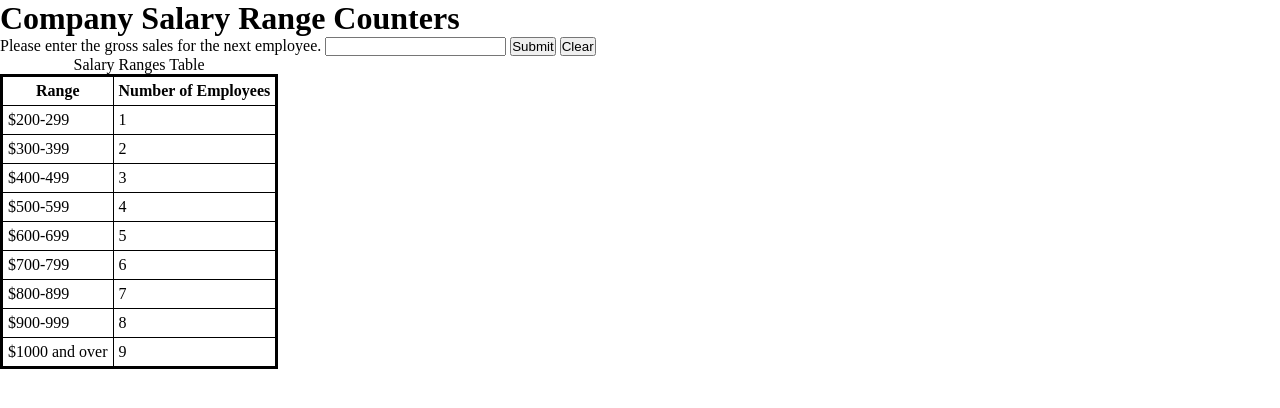
Repository: mlmEFSC21/P17-Sales-Commision
Page: sales.html
The author's editor kept a copy of each file at every save. The page is drawn from the files as they stood at one save, then again after the next save.
The browser window is 1280 px wide. The pictures show the whole page.

Above is the page before, as saved 2022-04-01 19:04:47.

### sales.html
<!DOCTYPE html>
<html lang="en">
    <head>
        <meta charset="UTF-8" />
        <meta http-equiv="X-UA-Compatible" content="IE=edge" />
        <meta name="viewport" content="width=device-width, initial-scale=1.0" />
        <link rel="stylesheet" href="sales.css" />
        <script src="sales.js" defer></script>
        <title>Company Salary Range Counters</title>
    </head>
    <body>
        <header class="mainHeader">
            <h1>Company Salary Range Counters</h1>
        </header>
        <section>
            <div class="formContainer" id="formContainer">
                <form class="salaryForm" id="salaryForm">
                    <label for="grossSales"
                        >Please enter the gross sales for the next employee.</label
                    >
                    <input
                        type="text"
                        name="grossSales"
                        class="grossSales"
                        id="grossSales"
                        required
                    />
                    <button type="submit" class="submit-btn" id="submit-btn">Submit</button>
                    <button type="reset" class="clear-btn">Clear</button>
                </form>
            </div>
            <div class="tableContainer" id="tableContainer">
                <table>
                    <caption>
                        Salary Ranges Table
                    </caption>
                    <thead>
                        <tr>
                            <th>Range</th>
                            <th>Number of Employees</th>
                        </tr>
                    </thead>
                    <tbody>
                        <tr>
                            <td>$200-299</td>
                            <td>1</td>
                        </tr>
                        <tr>
                            <td>$300-399</td>
                            <td>2</td>
                        </tr>
                        <tr>
                            <td>$400-499</td>
                            <td>3</td>
                        </tr>
                        <tr>
                            <td>$500-599</td>
                            <td>4</td>
                        </tr>
                        <tr>
                            <td>$600-699</td>
                            <td>5</td>
                        </tr>
                        <tr>
                            <td>$700-799</td>
                            <td>6</td>
                        </tr>
                        <tr>
                            <td>$800-899</td>
                            <td>7</td>
                        </tr>
                        <tr>
                            <td>$900-999</td>
                            <td>8</td>
                        </tr>
                        <tr>
                            <td>$1000 and over</td>
                            <td>9</td>
                        </tr>
                    </tbody>
                    <tfoot></tfoot>
                </table>
            </div>
        </section>
    </body>
</html>

### sales.css
*,
*::after,
*::before {
    box-sizing: border-box;
    margin: 0;
    padding: 0;
}
table {
    border-collapse: collapse;
    border: 3px solid black;
}
th,
tr,
td {
    border: 1px solid black;
    margin: 5px;
    padding: 5px;
}

### sales.js
//  base salary = $200 + commission
// commission = gross sales * 9%
// range floor / 100 - 2 = index 0 - 8
// test: x1 = Math.floor(218 / 100) - 2;
// works for all ranges below the last. Just check for >1000 first.
const baseSalary = 200;
let commissionAmount;
let totalSalary;
let employeeNum = 1;
let salaryRanges = [0, 0, 0, 0, 0, 0, 0, 0, 0];
let weeklyGrossSales = [];

const form = document.querySelector("#salaryForm");
const salesInput = document.querySelector("#grossSales");
form.addEventListener("submit", getWeeklySales);

calcCommission();
calcTotalWeeklySalary(commissionAmount);
calcSalaryRange(totalSalary);

function getWeeklySales(e) {
    e.preventDefault();
    weeklyGrossSales.push(salesInput.value);
}
function calcCommission() {
    commissionAmount = weeklyGrossSales[employeeNum] * 0.09;
}
function calcTotalWeeklySalary(commissionAmount) {
    totalSalary = baseSalary + commissionAmount;
}
function calcSalaryRange(totalSalary) {
    if (totalSalary >= 1000) {
        salaryRanges[8]++;
    } else {
        let i = Math.floor(totalSalary / 100) - 2;
        salaryRanges[i]++;
    }
}

console.log(salaryRanges);
console.log(weeklyGrossSales);

After the next save:
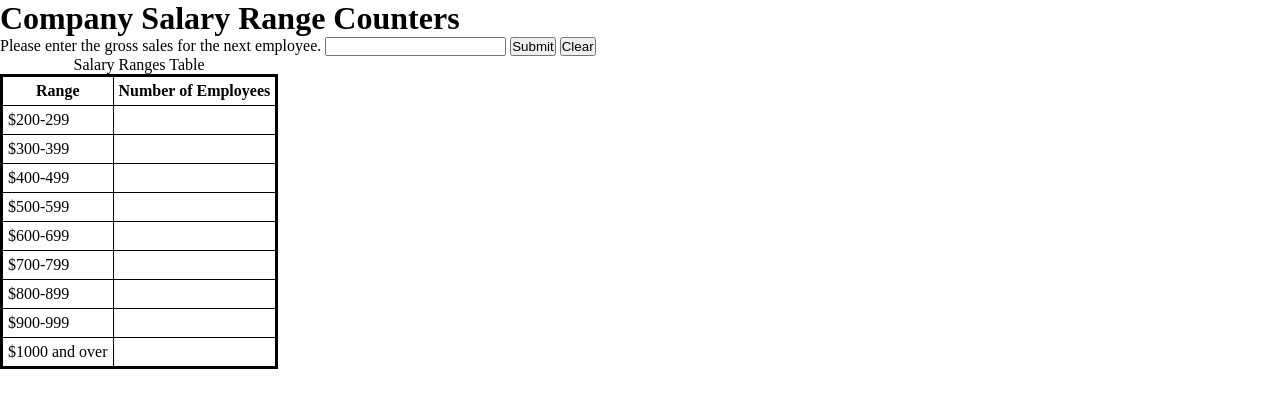
Saved 3 min 5 s later.
--- a/sales.html
+++ b/sales.html
@@ -43,39 +43,39 @@
                     <tbody>
                         <tr>
                             <td>$200-299</td>
-                            <td>1</td>
+                            <td class="numEmployees-1" id="numEmployees-1"></td>
                         </tr>
                         <tr>
                             <td>$300-399</td>
-                            <td>2</td>
+                            <td class="numEmployees-2" id="numEmployees-2"></td>
                         </tr>
                         <tr>
                             <td>$400-499</td>
-                            <td>3</td>
+                            <td class="numEmployees-3" id="numEmployees-3"></td>
                         </tr>
                         <tr>
                             <td>$500-599</td>
-                            <td>4</td>
+                            <td class="numEmployees-4" id="numEmployees-4"></td>
                         </tr>
                         <tr>
                             <td>$600-699</td>
-                            <td>5</td>
+                            <td class="numEmployees-5" id="numEmployees-5"></td>
                         </tr>
                         <tr>
                             <td>$700-799</td>
-                            <td>6</td>
+                            <td class="numEmployees-6" id="numEmployees-6"></td>
                         </tr>
                         <tr>
                             <td>$800-899</td>
-                            <td>7</td>
+                            <td class="numEmployees-7" id="numEmployees-7"></td>
                         </tr>
                         <tr>
                             <td>$900-999</td>
-                            <td>8</td>
+                            <td class="numEmployees-8" id="numEmployees-8"></td>
                         </tr>
                         <tr>
                             <td>$1000 and over</td>
-                            <td>9</td>
+                            <td class="numEmployees-9" id="numEmployees-9"></td>
                         </tr>
                     </tbody>
                     <tfoot></tfoot>
